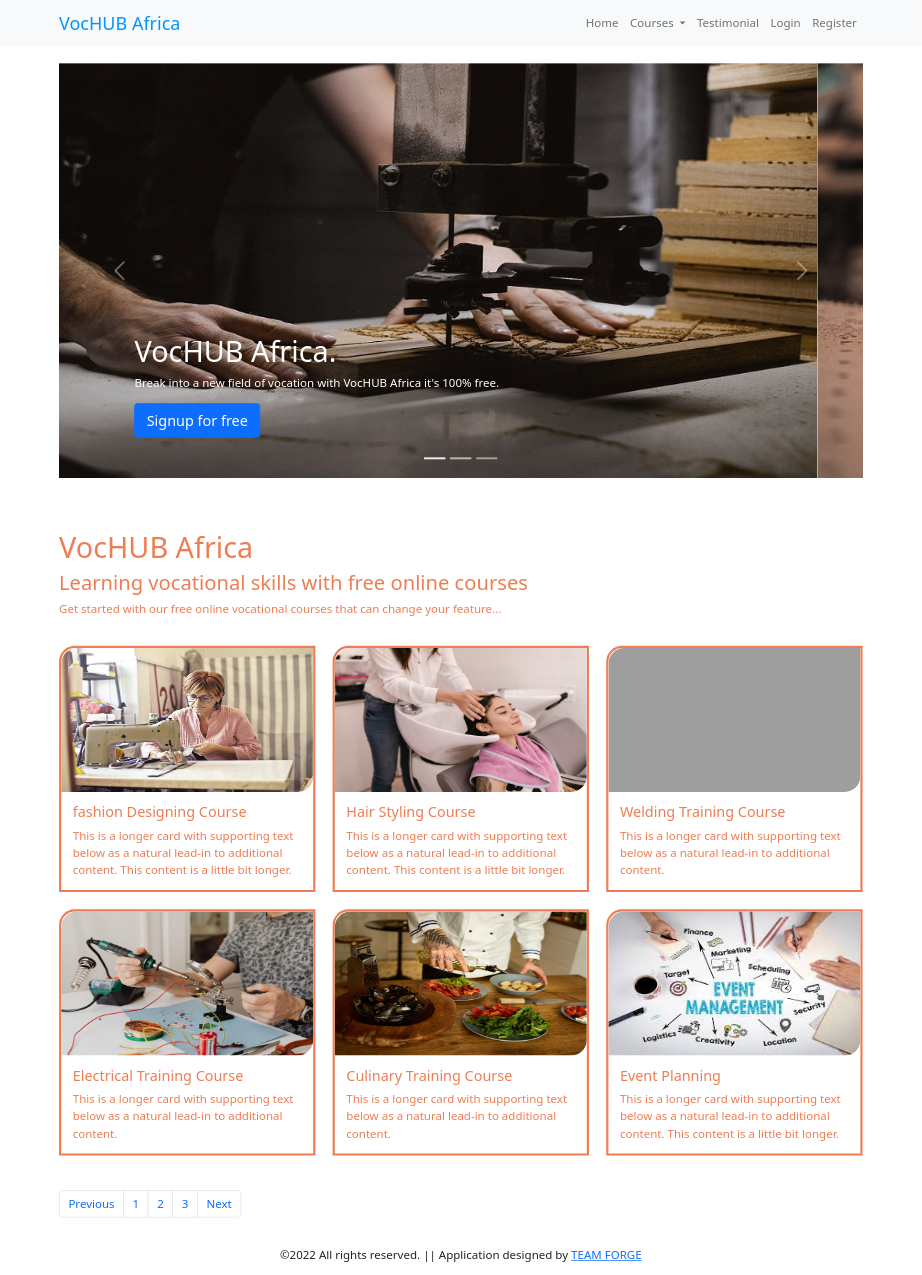
Repository: EKem01/VocHUB-Africa-Project
Page: / (app in client/)
An editor plug-in stored every save of this project. The page is shown before and after the next save, followed by the edit.
The browser window is 1280 px wide. The pictures show the whole page, at 72% of full size.
Pictures or frames that could not be fetched are drawn as grey boxes. The project was rebuilt for these pictures with package versions that can differ from the ones it lists, and the page was loaded fresh each time. Also part of the build but not shown: client/angular.json, client/src/app/components/login/login.component.ts, client/src/app/components/register/register.component.ts, client/src/app/components/courses/fashion-designing/fashion-designing.component.ts, client/src/app/components/courses/hair-styling/hair-styling.component.ts, client/src/app/components/dashboard/dashboard.component.ts, client/src/app/components/logout/logout.component.ts, client/src/app/components/mentorship/mentorship.component.ts.

Above is the page before, as saved 2022-06-13 23:14:16.

After the next save:
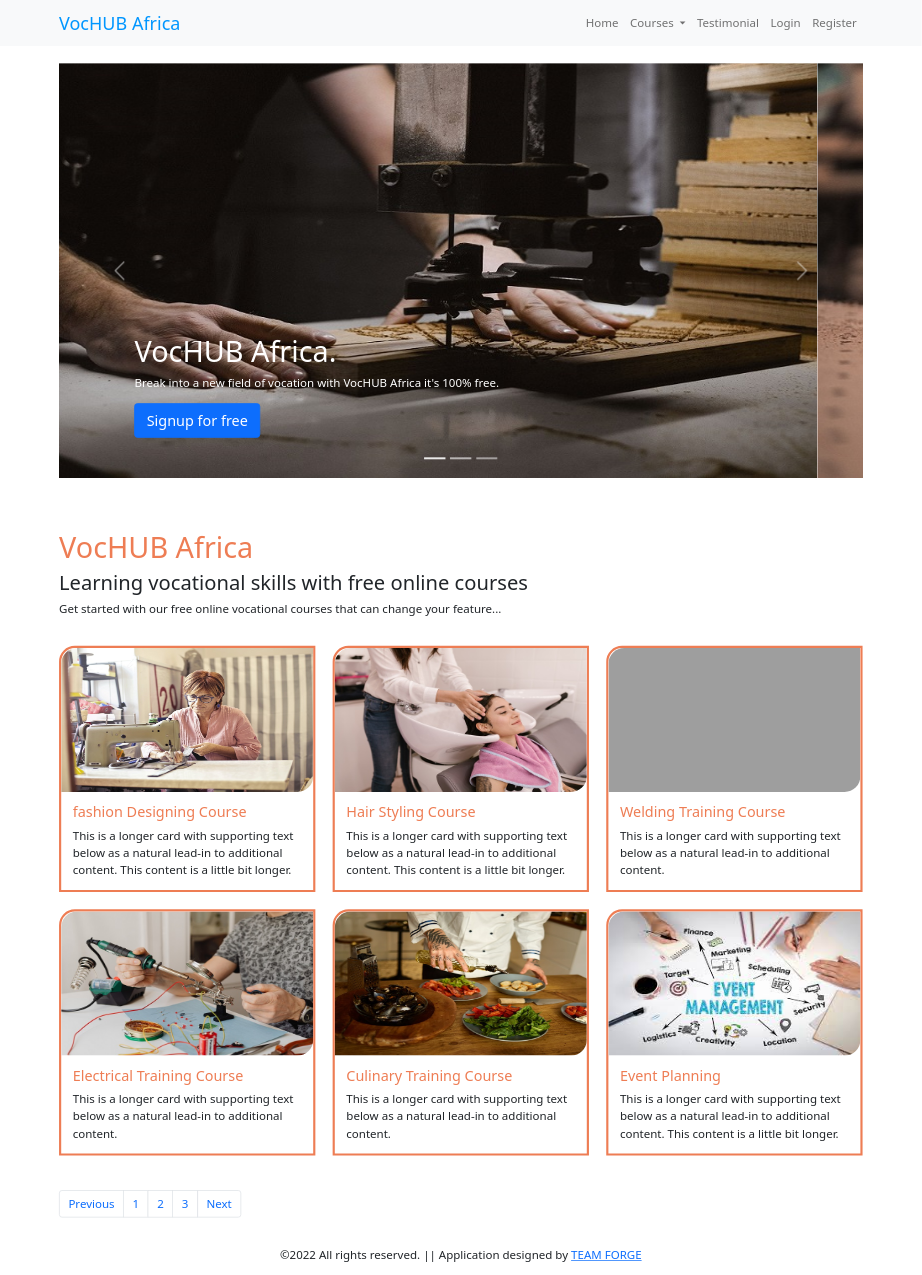
Saved 12 s later.
--- a/client/src/app/components/home/home.component.css
+++ b/client/src/app/components/home/home.component.css
@@ -2,7 +2,7 @@ img{
     width: 100%;
     height: 80vh;
 }
-.courses {
+.courses h1{
     color: rgb(238, 125, 84);
 }
 .card{
